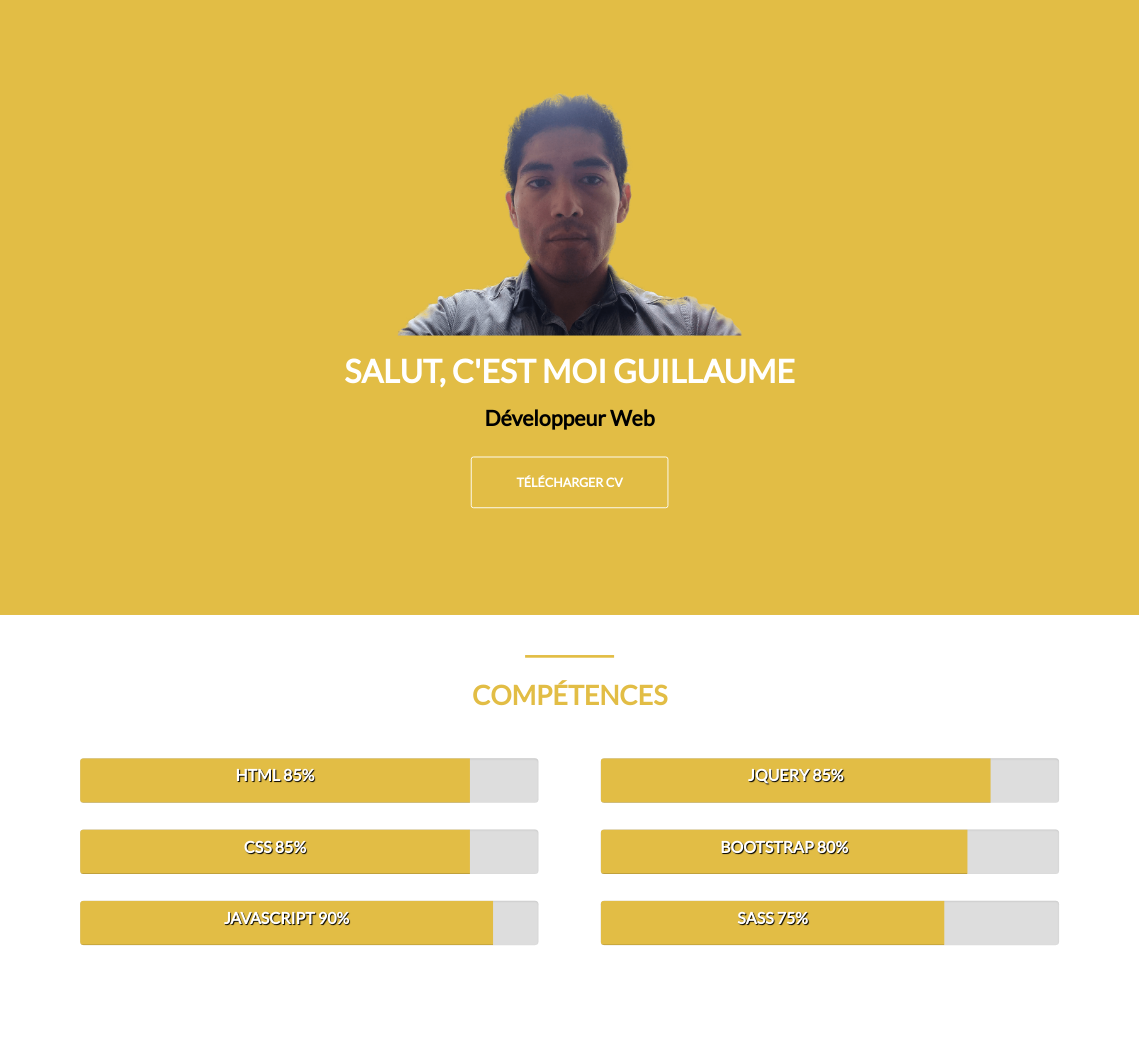
Repository: 0Memo/mon-cv
Page: index.html
These files come from the project's save history. The page is drawn as it stood at one moment and after the next save; the edit follows.
The browser window is 1280 px wide. The pictures show the whole page, at 89% of full size.

Above is the page before, as saved 2020-12-28 21:22:52.

### index.html
<!DOCTYPE html>
<html lang="en">
    <head>
        <meta charset="UTF-8">
        <meta name="viewport" content="width=device-width, initial-scale=1.0">
        <meta name="description" content="Voici mon cv, vous pourrez découvrir mon parcours de formation, et mes expériences professionnelles">
        <meta name="author" content="Guillaume Mehats">
        <title>Mon CV</title>
        <link rel="preconnect" href="https://fonts.gstatic.com">
        <link href="https://fonts.googleapis.com/css2?family=Lato&display=swap" rel="stylesheet">
        <link rel="stylesheet" href="css/bootstrap.min.css">
        <link rel="stylesheet" href="css/styles.css">
        <link rel="shortcut icon" href="img/colombia.png">
    </head>
    <body>
        <section id="about" class="container-fluid">
            <div class="col-xs-8 col-md-4 profile-picture">
                <img src="img/photo.png" alt="Guillaume" class="rounded-circle">
            </div>
            <div class="heading">
                <h1>Salut, c'est moi Guillaume</h1>
                <h3>Développeur Web</h3>
                <a href="docs/CV_Guillaume_Mehats.pdf" class="button1">Télécharger CV</a>
            </div>
        </section>

        <section id="skills">
            <div class="yellow-divider">
            </div>
            <div class="heading">
                <h2>Compétences</h2>
            </div>
            <div class="container">
                <div class="row">
                    <div class="col-md-6">
                        <div class="progress">
                            <div class="progress-bar" role="progressbar" aria-valuenow="85" aria-valuemin="0" aria-valuemax="100" style="width:85%">
                                <h5>HTML 85%</h5>
                            </div>
                        </div>
                        <div class="progress">
                            <div class="progress-bar" role="progressbar" aria-valuenow="85" aria-valuemin="0" aria-valuemax="100" style="width:85%">
                                <h5>CSS 85%</h5>
                            </div>
                        </div>
                        <div class="progress">
                            <div class="progress-bar" role="progressbar" aria-valuenow="90" aria-valuemin="0" aria-valuemax="100" style="width:90%">
                                <h5>JAVASCRIPT 90%</h5>
                            </div>
                        </div>
                    </div>
                    <div class="col-md-6">
                        <div class="progress">
                            <div class="progress-bar" role="progressbar" aria-valuenow="85" aria-valuemin="0" aria-valuemax="100" style="width:85%">
                                <h5>JQUERY 85%</h5>
                            </div>
                        </div>
                        <div class="progress">
                            <div class="progress-bar" role="progressbar" aria-valuenow="80" aria-valuemin="0" aria-valuemax="100" style="width:80%">
                                <h5>BOOTSTRAP 80%</h5>
                            </div>
                        </div>
                        <div class="progress">
                            <div class="progress-bar" role="progressbar" aria-valuenow="75" aria-valuemin="0" aria-valuemax="100" style="width:75%">
                                <h5>SASS 75%</h5>
                            </div>
                        </div>
                    </div>
                </div>
            </div>
        </section>


        <script src="js/jquery-3.5.1.min.js"></script>
        <script src="https://cdn.jsdelivr.net/npm/popper.js@1.16.0/dist/umd/popper.min.js" integrity="sha384-Q6E9RHvbIyZFJoft+2mJbHaEWldlvI9IOYy5n3zV9zzTtmI3UksdQRVvoxMfooAo" crossorigin="anonymous"></script>
        <script src="js/bootstrap.min.js"></script>
        <script src="js/script.js"></script>
    </body>
</html>

### css/styles.css
body {
    font-family: 'Lato', sans-serif;
}

h1, h2, h3, h4, h5, h6 {
    font-weight: bold;
}


.profile-picture {
    text-align: center;
    margin: 0 auto;
    float: none;
}

img {
    max-width: 100%;
    height: auto;
}

section {
    padding: 45px 0 80px 0;
}

#about {
    padding-top: 100px;
    background: #e2bd45;
}

#about  .heading {
    text-align: center;
    padding-bottom: 40px;
}

#about .heading h1 {
    color: #fff;
    text-transform: uppercase;
}

#about .heading h3 {
    color: #000;
}

#about .heading .button1 {
    color: #fff;
    font-weight: bold;
    text-transform: uppercase;
    border: 1px solid #fff;
    margin-top: 20px;
    display: inline-block;
    padding: 18px 50px;
    border-radius: 3px;
    transition: all 0.3s ease-in 0s;
}

#about .heading .button1:hover {
    text-decoration: none;
    background: #fff;
    color: #e2bd45;
}

#skills {
    background: #fff;
}

#skills .yellow-divider {
    width: 100px;
    height: 3px;
    background: #e2bd45;
    margin: 0 auto;
}

#skills .heading h2 {
    color: #e2bd45;
    text-align: center;
    text-transform: uppercase;
    margin: 25px;
}

#skills .progress {
    margin: 30px 20px;
    height: 50px;
    background: #ddd;
}

#skills .progress .progress-bar {
    background: #e2bd45;
}


#skills .progress .progress-bar h5 {
    text-shadow: 1px 1px 1px #000;
    font-size: 18px;
    line-height: 18px;
}

Loaded but not shown: css/bootstrap.min.css (library); js/jquery-3.5.1.min.js (library); js/bootstrap.min.js (library); js/script.js (no copy from this time; the picture is the same without it)

After the next save:
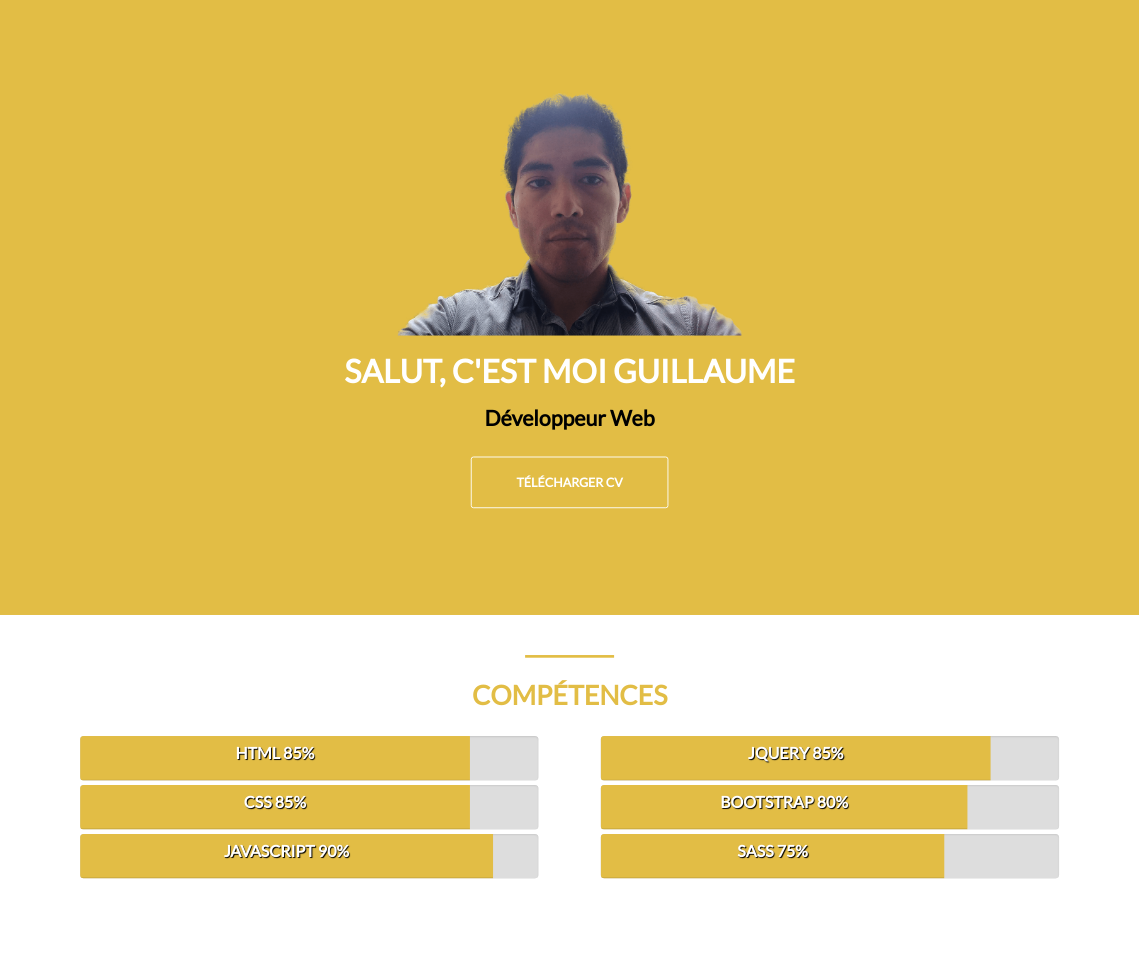
Saved 5 s later.
--- a/css/styles.css
+++ b/css/styles.css
@@ -78,7 +78,7 @@ section {
 }
 
 #skills .progress {
-    margin: 30px 20px;
+    margin: 5px 20px;
     height: 50px;
     background: #ddd;
 }
